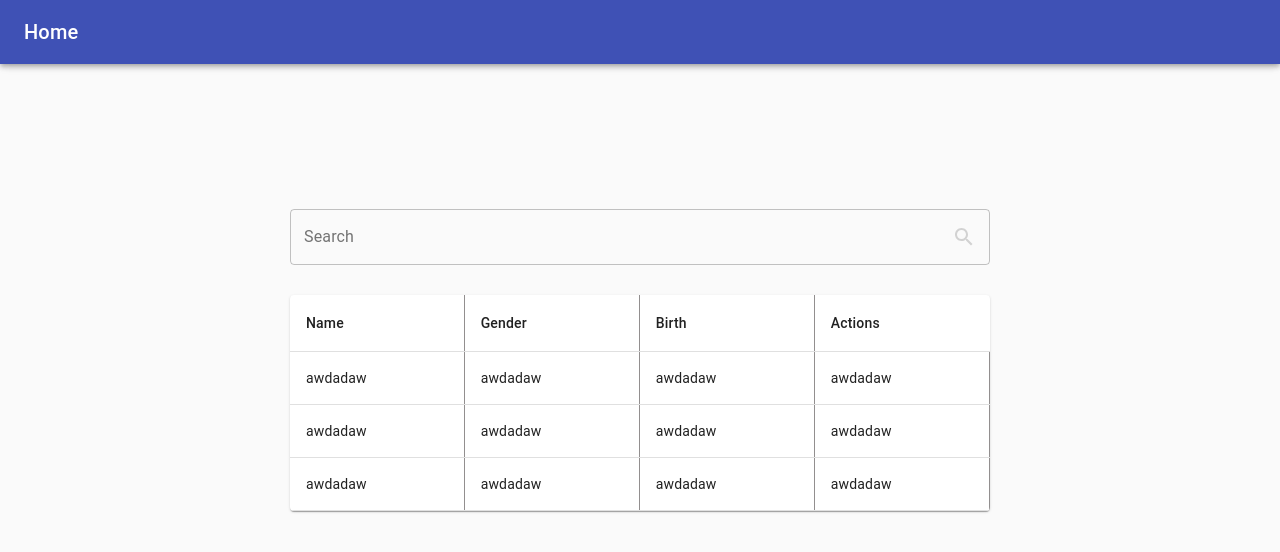
Repository: GabrielBrandaoProjetos/patient-manager
Page: /
The author's editor kept a copy of each file at every save. The page is drawn from the files as they stood at one save, then again after the next save.
The browser window is 1280 px wide. The pictures show the whole page.
The project was rebuilt for these pictures with package versions that can differ from the ones it lists, and the page was loaded fresh each time.

Above is the page before, as saved 2021-09-14 13:53:03.

### public/index.html
<!DOCTYPE html>
<html lang="en">
  <head>
    <meta charset="utf-8" />
    <meta name="viewport" content="minimum-scale=1, width=device-width, initial-scale=1" />
    <meta name="theme-color" content="#000000" />

    <title>React App</title>
  </head>
  <body>
    <noscript>You need to enable JavaScript to run this app.</noscript>
    <div id="root"></div>
  </body>
</html>

### src/App.tsx
import React from 'react';
import { CssBaseline } from '@material-ui/core';
import { Home } from './pages/Home/Home';


function App() {
  return (
    <>
    <CssBaseline />
    <Home />
    </>
  );
}

export default App;

### src/pages/Home/Home.tsx
import React from 'react';
import { AppBar, FormControl, InputAdornment, InputLabel, OutlinedInput, Paper, Table, TableBody, TableCell, TableContainer, TableHead, TableRow, Toolbar, Typography } from '@material-ui/core';
import {Search} from '@material-ui/icons'
import { createStyles, makeStyles, Theme } from '@material-ui/core/styles';

const useStyles = makeStyles((theme: Theme) =>
  createStyles({
    root: {
      width: '100vw',
      height: '100vh',
      display: 'flex',
      flexDirection: 'column',
      alignItems: 'center',
      justifyContent: 'center',
    },
    title: {
      flexGrow: 1,
    },
    form: {
      maxWidth: 700,
      width: "100%",
    },
    outlinedInput: {

    },
    search: {
      color: "#d2d2d2",
    },
    tableContainer: {
      maxWidth: 700,
      width: "100%",

      marginTop: 30
    },
    table: {

    },
    row: {
      // background: "#a8a6a6"
    },
    cell: {
      borderRight: "1px solid #928f8f"
    },
  }),
);

export const Home = () => {
  const classes = useStyles();
  return(
    <div className={classes.root}>
      <AppBar>
        <Toolbar>
          <Typography variant="h6" className={classes.title}>
            Home
          </Typography>
        </Toolbar>
      </AppBar>

      <FormControl className={classes.form} variant="outlined">
        <InputLabel htmlFor="outlined-adornment-search">Search</InputLabel>
        <OutlinedInput
          classes={{root: classes.outlinedInput}}
          id="outlined-adornment-search"
          type="search"
          // value={values.password}
          // onChange={handleChange('password')}
          endAdornment={
            <InputAdornment position="end">
              <Search className={classes.search}/>
            </InputAdornment>
          }
          labelWidth={70}
        />
      </FormControl>

      <TableContainer component={Paper} className={classes.tableContainer}>
        <Table className={classes.table} aria-label="simple table">
          <TableHead>
            <TableRow className={classes.row}>
              <TableCell className={classes.cell}>Name</TableCell>
              <TableCell className={classes.cell}>Gender</TableCell>
              <TableCell className={classes.cell}>Birth</TableCell>
              <TableCell>Actions</TableCell>
            </TableRow>
          </TableHead>
          <TableBody>
            <TableRow>
              <TableCell className={classes.cell}>awdadaw</TableCell>
              <TableCell className={classes.cell}>awdadaw</TableCell>
              <TableCell className={classes.cell}>awdadaw</TableCell>
              <TableCell className={classes.cell}>awdadaw</TableCell>
            </TableRow>
            <TableRow>
              <TableCell className={classes.cell}>awdadaw</TableCell>
              <TableCell className={classes.cell}>awdadaw</TableCell>
              <TableCell className={classes.cell}>awdadaw</TableCell>
              <TableCell className={classes.cell}>awdadaw</TableCell>
            </TableRow>
            <TableRow>
              <TableCell className={classes.cell}>awdadaw</TableCell>
              <TableCell className={classes.cell}>awdadaw</TableCell>
              <TableCell className={classes.cell}>awdadaw</TableCell>
              <TableCell className={classes.cell}>awdadaw</TableCell>
            </TableRow>
          </TableBody>
        </Table>

      </TableContainer>
    </div>
  )
}

Loaded but not shown: src/index.tsx (common file); src/reportWebVitals.ts (common file)

After the next save:
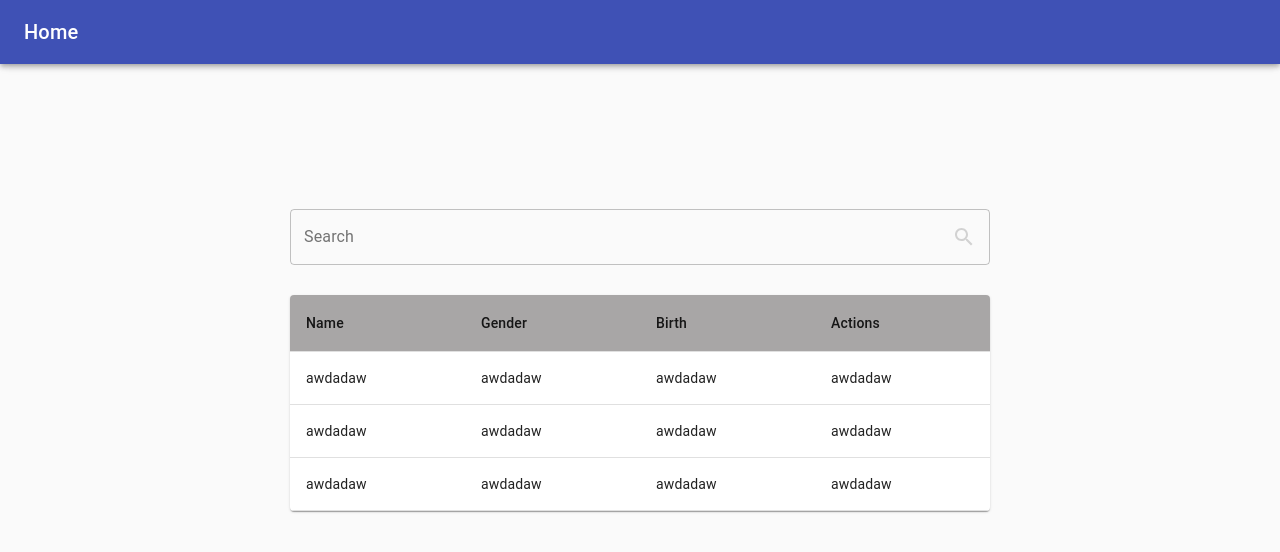
Saved 14 s later.
--- a/src/pages/Home/Home.tsx
+++ b/src/pages/Home/Home.tsx
@@ -36,10 +36,10 @@ const useStyles = makeStyles((theme: Theme) =>
 
     },
     row: {
-      // background: "#a8a6a6"
+      background: "#a8a6a6"
     },
     cell: {
-      borderRight: "1px solid #928f8f"
+      //borderRight: "1px solid #928f8f"
     },
   }),
 );
